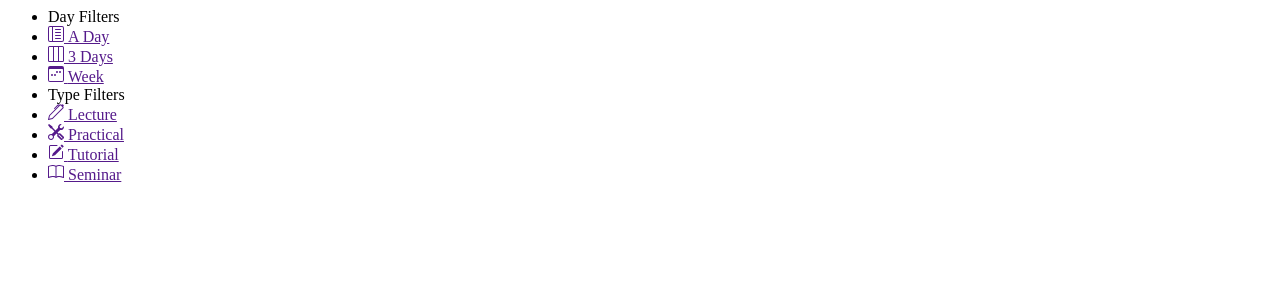
Repository: jackkweyunga/jek-mobile-timetable-v1
Page: src/components/html/sidenav.html
An editor plug-in stored every save of this project. The page is shown before and after a run of saves, followed by the edit.
The browser window is 1280 px wide. The pictures show the whole page.

Above is the page before, as saved 2021-10-26 17:06:00.

After the next 2 saves:
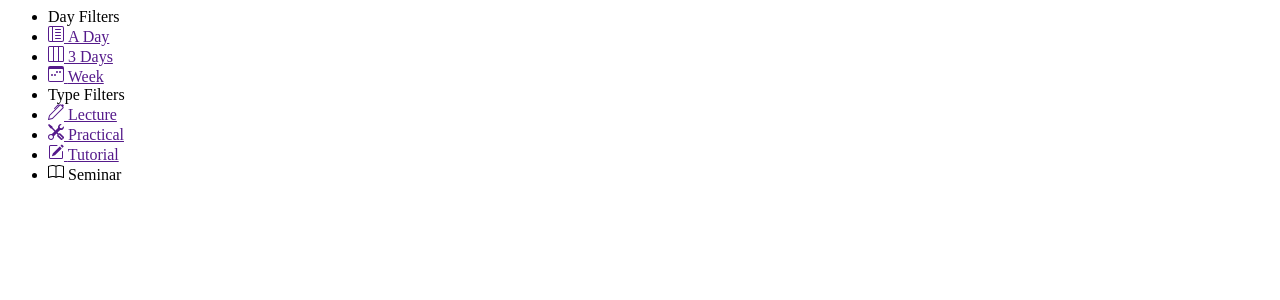
The 2 saves are shown as one change because they came seconds apart.
The last was saved 89 s later.
--- a/src/components/html/sidenav.html
+++ b/src/components/html/sidenav.html
@@ -86,7 +86,7 @@
   </li>
 
   <li class="nav-item" id="icon_seminars">
-    <a class="nav-link collapsed" href="">
+    <span class="nav-link collapsed" href="">
       <i><svg xmlns="http://www.w3.org/2000/svg" width="16" height="16" fill="currentColor" class="bi bi-book"
           viewBox="0 0 16 16">
           <path
